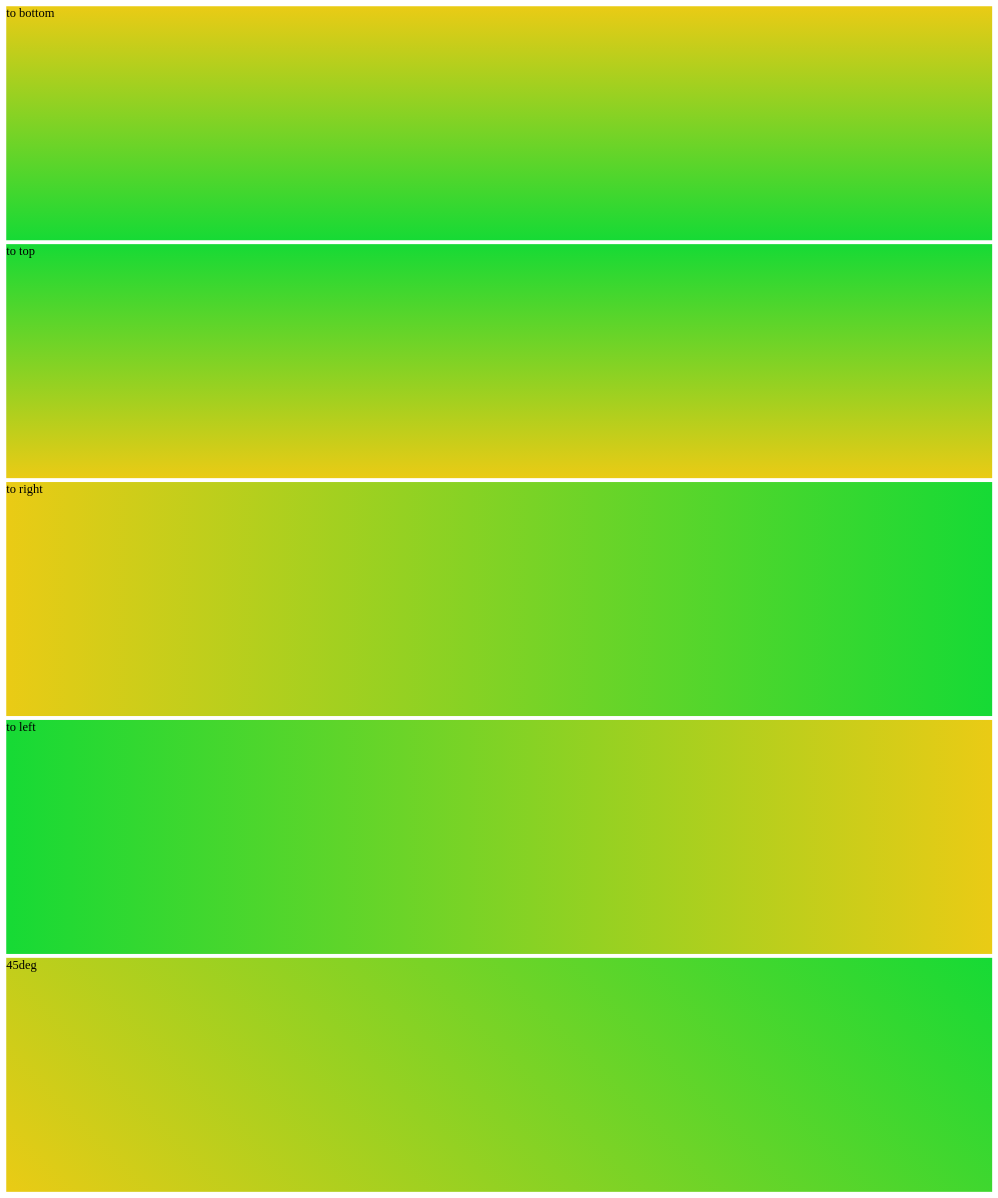
Repository: JeongminHW/Web_study
Page: HTML/myHTML/src/main/webapp/ch06/linear-gradient.html
An editor plug-in stored every save of this project. The page is shown before and after the next save, followed by the edit.
The browser window is 1280 px wide. The pictures show the whole page, at 78% of full size.

Above is the page before, as saved 2024-07-10 06:40:59.

After the next save:
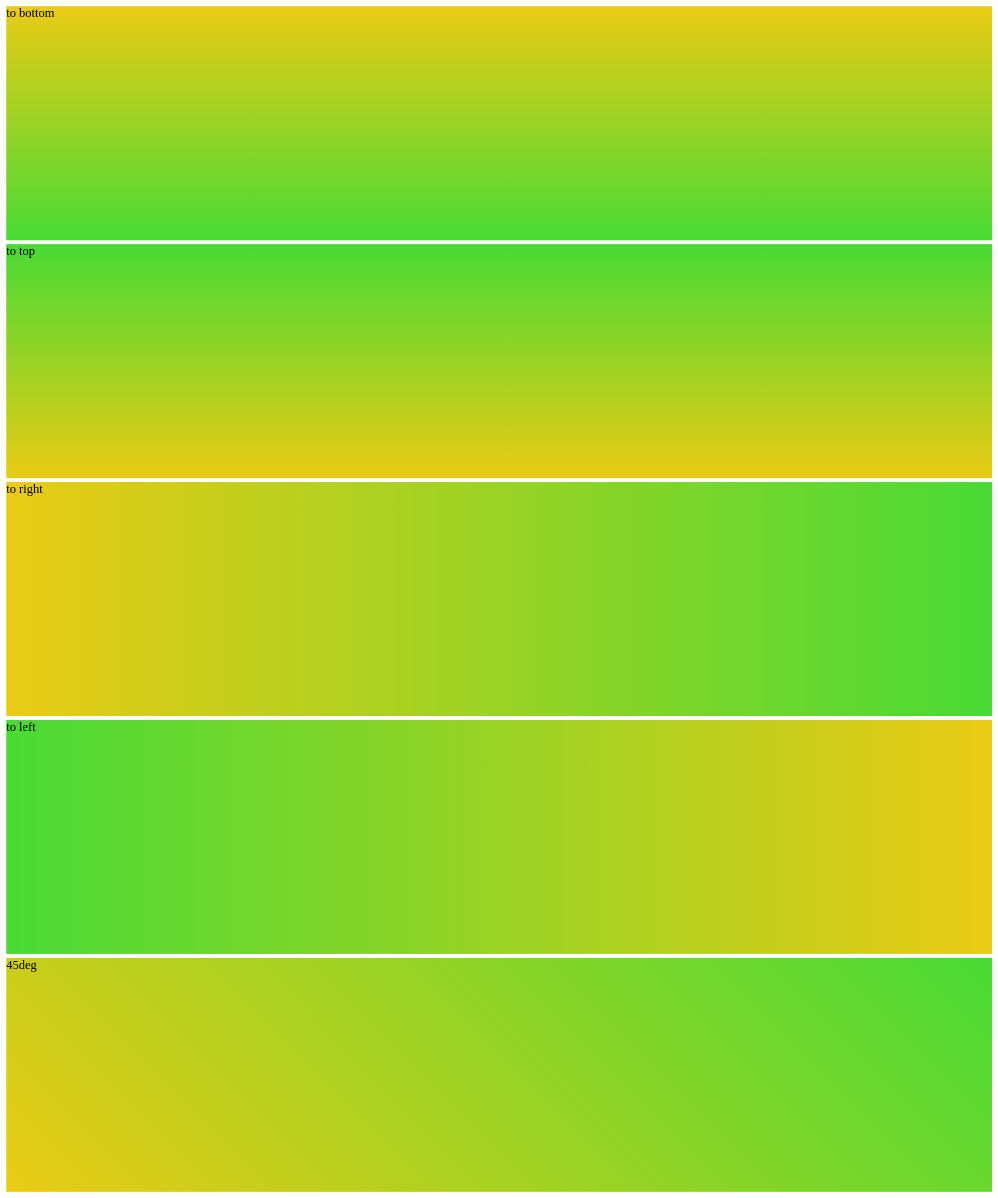
Saved 29 s later.
--- a/HTML/myHTML/src/main/webapp/ch06/linear-gradient.html
+++ b/HTML/myHTML/src/main/webapp/ch06/linear-gradient.html
@@ -10,20 +10,20 @@
 		margin-bottom: 5px;
 	}
 	.linear1{
-		background: linear-gradient(to bottom, #eacb15, #16da35);
+		background: linear-gradient(to bottom, #eacb15, #49da35);
 	}
 	.linear2{
-		background: linear-gradient(to top, #eacb15, #16da35);
+		background: linear-gradient(to top, #eacb15, #49da35);
 	}
 	.linear3{
-		background: linear-gradient(to right, #eacb15, #16da35);
+		background: linear-gradient(to right, #eacb15, #49da35);
 	}
 	.linear4{
-		background: linear-gradient(to left, #eacb15, #16da35);
+		background: linear-gradient(to left, #eacb15, #49da35);
 	}
 	/* deg : 각도 */
 	.linear5{
-		background: linear-gradient(45deg, #eacb15, #16da35);
+		background: linear-gradient(45deg, #eacb15, #49da35);
 	}
 </style>
 </head>
